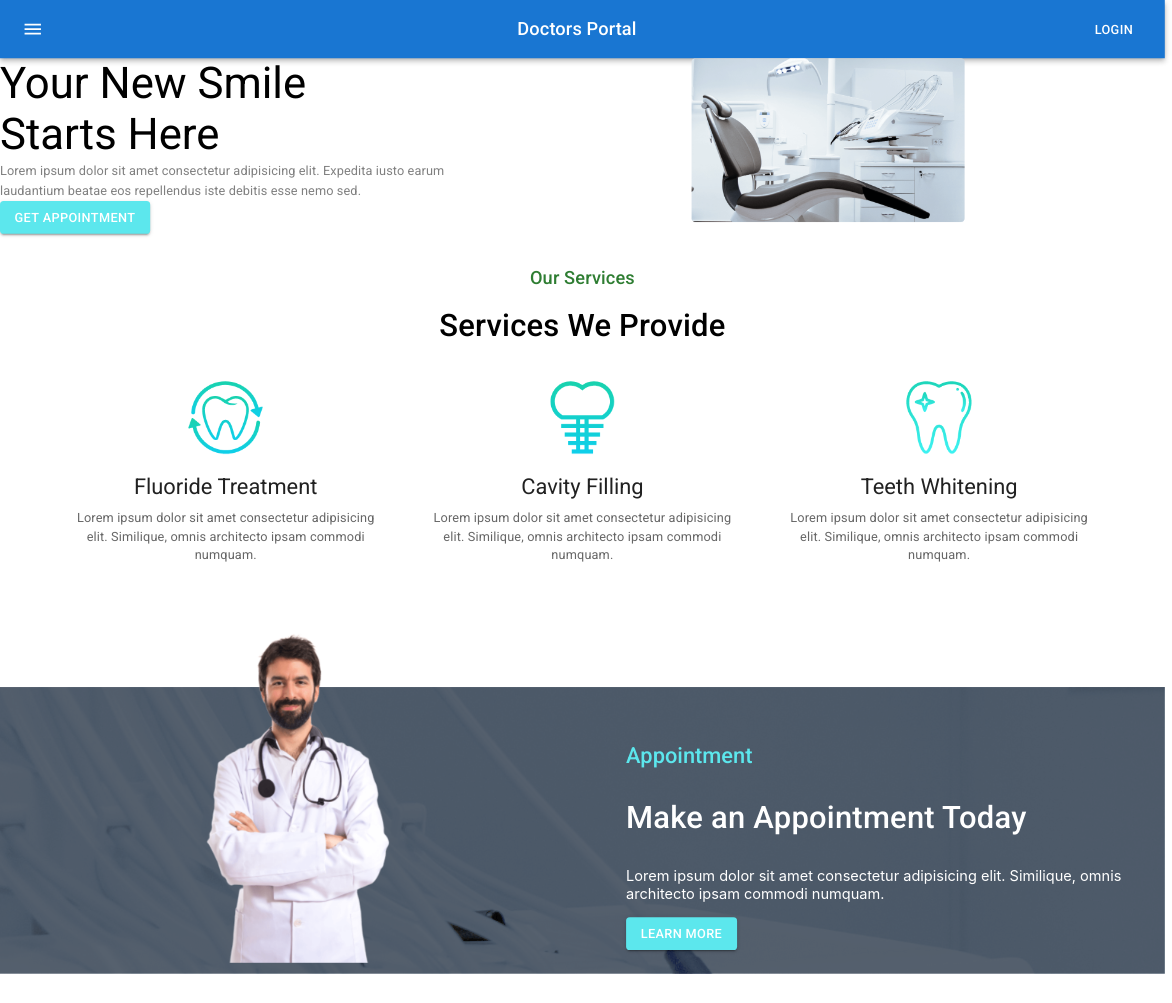
Repository: Sharif-00112/doctors-portal-client
Page: /
An editor plug-in stored every save of this project. The page is shown before and after the next save, followed by the edit.
The browser window is 1280 px wide. The page is 1288 px wide, so the pictures cover 1288 px, including what lies to the right of the window. The pictures show the whole page, at 91% of full size.
The project was rebuilt for these pictures with package versions that can differ from the ones it lists, and the page was loaded fresh each time.

Above is the page before, as saved 2022-11-01 17:21:39.

### public/index.html
<!DOCTYPE html>
<html lang="en">
  <head>
    <meta charset="utf-8" />
    <link rel="icon" href="%PUBLIC_URL%/favicon.ico" />
    <meta name="viewport" content="width=device-width, initial-scale=1" />
    <meta name="theme-color" content="#000000" />
    <meta
      name="description"
      content="Web site created using create-react-app"
    />
    <link
      rel="stylesheet" href="https://fonts.googleapis.com/css?family=Roboto:300,400,500,700&display=swap"
    />

    <link rel="apple-touch-icon" href="%PUBLIC_URL%/logo192.png" />
    <!--
      manifest.json provides metadata used when your web app is installed on a
      user's mobile device or desktop. See https://developers.google.com/web/fundamentals/web-app-manifest/
    -->
    <link rel="manifest" href="%PUBLIC_URL%/manifest.json" />
    <!--
      Notice the use of %PUBLIC_URL% in the tags above.
      It will be replaced with the URL of the `public` folder during the build.
      Only files inside the `public` folder can be referenced from the HTML.

      Unlike "/favicon.ico" or "favicon.ico", "%PUBLIC_URL%/favicon.ico" will
      work correctly both with client-side routing and a non-root public URL.
      Learn how to configure a non-root public URL by running `npm run build`.
    -->
    <title>React App</title>
  </head>
  <body>
    <noscript>You need to enable JavaScript to run this app.</noscript>
    <div id="root"></div>
    <!--
      This HTML file is a template.
      If you open it directly in the browser, you will see an empty page.

      You can add webfonts, meta tags, or analytics to this file.
      The build step will place the bundled scripts into the <body> tag.

      To begin the development, run `npm start` or `yarn start`.
      To create a production bundle, use `npm run build` or `yarn build`.
    -->
  </body>
</html>

### src/App.js
import './App.css';
import { BrowserRouter as Router, Route, Routes} from 'react-router-dom';
import Home from './Pages/Home/Home/Home';

function App() {
  return (
    <div className="App">
      <Router>
        {/* <Header></Header> */}
        <Routes>
          <Route exact path = '/' element={<Home/>}/>
          <Route exact path = '/home' element={<Home/>}/>
          <Route exact path = '*' element={<Home/>}/>
        </Routes>
        {/* <Footer></Footer> */}
      </Router>
    </div>
  );
}

export default App;

### src/Pages/Home/Home/Home.js
import React from 'react';
import Navigation from '../../Shared/Navigation/Navigation';
import AppointmentBanner from '../AppointmentBanner/AppointmentBanner';
import Banner from '../Banner/Banner';
import Services from '../Services/Services';

const Home = () => {
    return (
        <div>
            {/* <h2>This is Home</h2> */}
            <Navigation></Navigation>
            <Banner></Banner>
            <Services></Services>
            <AppointmentBanner></AppointmentBanner>
        </div>
    );
};

export default Home;

### src/Pages/Shared/Navigation/Navigation.js
import React from 'react';
import AppBar from '@mui/material/AppBar';
import Box from '@mui/material/Box';
import Toolbar from '@mui/material/Toolbar';
import Typography from '@mui/material/Typography';
import Button from '@mui/material/Button';
import IconButton from '@mui/material/IconButton';
import MenuIcon from '@mui/icons-material/Menu';

const Navigation = () => {
    return (
        <div>
            <Box sx={{ flexGrow: 1 }}>
                <AppBar position="static">
                    <Toolbar>
                        <IconButton
                            size="large"
                            edge="start"
                            color="inherit"
                            aria-label="menu"
                            sx={{ mr: 2 }}
                        >
                            <MenuIcon />
                        </IconButton>
                        <Typography variant="h6" component="div" sx={{ flexGrow: 1 }}>
                            Doctors Portal
                        </Typography>
                        <Button color="inherit">Login</Button>
                    </Toolbar>
                </AppBar>
            </Box>
        </div>
    );
};

export default Navigation;

### src/Pages/Home/AppointmentBanner/AppointmentBanner.js
import React from 'react';
import Box from '@mui/material/Box';
import Grid from '@mui/material/Unstable_Grid2';
import Typography from '@mui/material/Typography';

import doctor from '../../../images/images/doctor.png'
import bg from '../../../images/images/appointment-bg.png'
import { Button } from '@mui/material';

const appointmentBanner = {
    background: `url(${bg})`,
    marginTop: 100,
    backgroundColor: 'rgba(45, 58, 74, 0.8)',
    backgroundBlendMode: 'darken, luminosity'
}

const AppointmentBanner = () => {
    return (
        <div>
            <Box style={appointmentBanner} sx={{ flexGrow: 1, mb:5 }}>
                <Grid container spacing={2}>
                    <Grid xs={12} md={6}>
                        <img
                           style={{width: 400, marginTop: '-105px' }}
                        src={doctor} alt="" />
                    </Grid>

                    <Grid xs={12} md={6} sx={{
                        display: 'flex',
                        justifyContent: 'flex-start',
                        textAlign: 'left',
                        alignItems: 'center'
                        }}>
                        <Box sx={{pl: 5}}>
                            <Typography sx={{ mb: 2, mt: 4, fontWeight: 500 }} style={{color: '#5CE7ED'}} variant="h5" component="div">
                                Appointment
                            </Typography>
                            <Typography sx={{ mb: 2, mt: 4, fontWeight: 500 }} style={{color: 'white'}} variant="h4" component="div">
                                Make an Appointment Today
                            </Typography>
                            <Typography sx={{ mb: 2, mt: 4 }} style={{color: 'white'}} variant="" component="div">
                                Lorem ipsum dolor sit amet consectetur adipisicing elit. Similique, omnis architecto ipsam commodi numquam.
                            </Typography>
                            <Button variant="contained" style={{backgroundColor: '#5CE7ED'}}>Learn More</Button>
                        </Box>
                    </Grid>
                </Grid>
            </Box>
        </div>
    );
};

export default AppointmentBanner;

### src/Pages/Home/Banner/Banner.js
import React from 'react';
import Box from '@mui/material/Box';
import Grid from '@mui/material/Grid';
import Typography from '@mui/material/Typography';
import { Button } from '@mui/material';

import chair from '../../../images/images/chair.png'
import bg from '../../../images/images/bg.png'

const Banner = () => {
    return (
        <div>
            <Box sx={{ flexGrow: 1 }}>
            <Grid container spacing={2}>
                <Grid item style={{textAlign: 'left'}} xs={12} md={5}>
                    <Typography sx={{ }} style={{color: 'black'}} variant="h3" component="div">
                        Your New Smile <br />
                        Starts Here
                    </Typography>
                    <Typography sx={{ fontSize: 14, fontWeight: 400, color: 'gray'}} variant="h6" component="div">
                        Lorem ipsum dolor sit amet consectetur adipisicing elit. Expedita iusto earum laudantium beatae eos repellendus iste debitis esse nemo sed.
                    </Typography>
                    <Button variant="contained" style={{backgroundColor: '#5CE7ED'}}>Get Appointment</Button>
                </Grid>
                <Grid item xs={12} md={7}>
                    <img style={{ width: '300px'}} src={chair} alt="" />
                </Grid>
            </Grid>
        </Box>
        </div>
    );
};

export default Banner;

### src/Pages/Home/Services/Services.js
import React from 'react';
import Box from '@mui/material/Box';
import Grid from '@mui/material/Unstable_Grid2';
import Typography from '@mui/material/Typography';
import { Container } from '@mui/material';
import Service from '../Service/Service';

import fluoride from '../../../images/images/fluoride.png';
import cavity from '../../../images/images/cavity.png'
import whitening from '../../../images/images/whitening.png'

const services = [
    {
        name: 'Fluoride Treatment',
        description: 'Lorem ipsum dolor sit amet consectetur adipisicing elit. Similique, omnis architecto ipsam commodi numquam.',
        img: fluoride
    },
    {
        name: 'Cavity Filling',
        description: 'Lorem ipsum dolor sit amet consectetur adipisicing elit. Similique, omnis architecto ipsam commodi numquam.',
        img: cavity
    },
    {
        name: 'Teeth Whitening',
        description: 'Lorem ipsum dolor sit amet consectetur adipisicing elit. Similique, omnis architecto ipsam commodi numquam.',
        img: whitening
    }
]

const Services = () => {
    return (
        <div>
            <Box sx={{ flexGrow: 1 }}>
                <Container>
                    <Typography sx={{ mb: 2, mt: 4, fontWeight: 500, color: 'success.main' }} variant="h6" component="div">
                        Our Services
                    </Typography>
                    <Typography sx={{ mb: 3, fontWeight: 500 }} variant="h4" component="div">
                        Services We Provide
                    </Typography>

                    <Grid container spacing={{ xs: 2, md: 3 }} columns={{ xs: 4, sm: 8, md: 12 }}>
                        {
                            services.map(service => (
                                <Grid xs={2} sm={4} md={4} key={service.name}>
                                <Service
                                    key = {service.name}
                                    service = {service}
                                ></Service>
                            </Grid>
                            ))
                        }
                    </Grid>
                </Container>
            </Box>
        </div>
    );
};

export default Services;

### src/Pages/Home/Service/Service.js
import React from 'react';
import Card from '@mui/material/Card';
// import CardActions from '@mui/material/CardActions';
import CardContent from '@mui/material/CardContent';
// import Button from '@mui/material/Button';
import Typography from '@mui/material/Typography';
import CardMedia from '@mui/material/CardMedia';

const Service = (props) => {
    const {name, description, img} = props.service
    return (
        <div>
            <Card sx={{ minWidth: 275, border: 0, boxShadow: 0, mt: 1.5 }}>
                <CardMedia
                    component="img"
                    style={{width: 'auto', height: '80px', margin: '4px auto'}}
                    image={img}
                    alt={name}
                />
                <CardContent>
                    <Typography sx={{ mb: 1 }} variant="h5" component="div">
                        {name}
                    </Typography>
                    <Typography sx={{ mb: 1.5 }} variant="body2" color="text.secondary">
                        {description}
                    </Typography>
                </CardContent>
                {/* <CardActions>
                    <Button size="small">Learn More</Button>
                </CardActions> */}
            </Card>
        </div>
    );
};

export default Service;

Loaded but not shown: src/index.js (common file); src/index.css (common file); src/reportWebVitals.js (common file); src/App.css (common file)

After the next save:
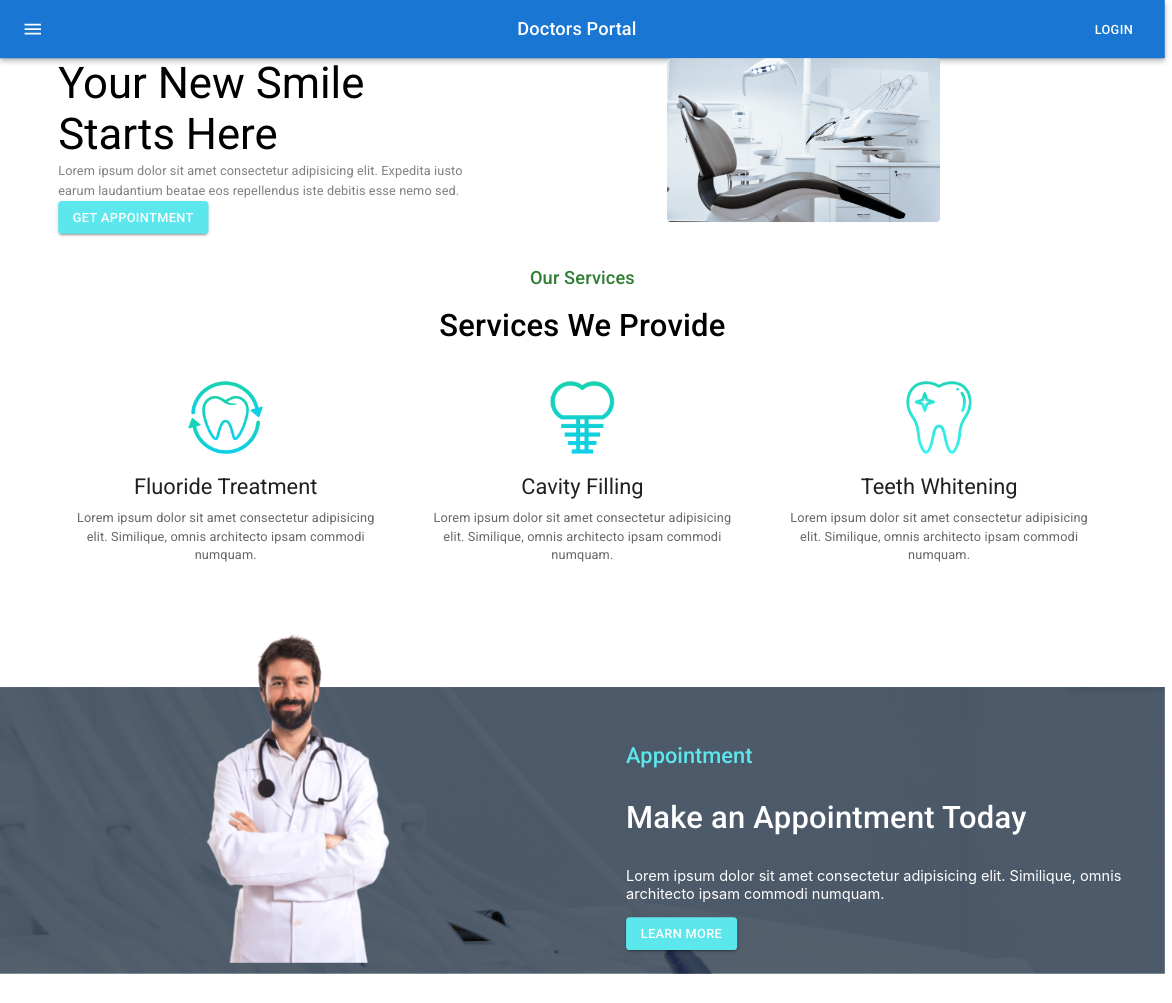
Saved 118 s later.
--- a/src/Pages/Home/Banner/Banner.js
+++ b/src/Pages/Home/Banner/Banner.js
@@ -2,7 +2,7 @@ import React from 'react';
 import Box from '@mui/material/Box';
 import Grid from '@mui/material/Grid';
 import Typography from '@mui/material/Typography';
-import { Button } from '@mui/material';
+import { Button, Container } from '@mui/material';
 
 import chair from '../../../images/images/chair.png'
 import bg from '../../../images/images/bg.png'
@@ -10,23 +10,23 @@ import bg from '../../../images/images/bg.png'
 const Banner = () => {
     return (
         <div>
-            <Box sx={{ flexGrow: 1 }}>
-            <Grid container spacing={2}>
-                <Grid item style={{textAlign: 'left'}} xs={12} md={5}>
-                    <Typography sx={{ }} style={{color: 'black'}} variant="h3" component="div">
-                        Your New Smile <br />
-                        Starts Here
-                    </Typography>
-                    <Typography sx={{ fontSize: 14, fontWeight: 400, color: 'gray'}} variant="h6" component="div">
-                        Lorem ipsum dolor sit amet consectetur adipisicing elit. Expedita iusto earum laudantium beatae eos repellendus iste debitis esse nemo sed.
-                    </Typography>
-                    <Button variant="contained" style={{backgroundColor: '#5CE7ED'}}>Get Appointment</Button>
+            <Container sx={{ flexGrow: 1 }}>
+                <Grid container spacing={2}>
+                    <Grid item style={{textAlign: 'left'}} xs={12} md={5}>
+                        <Typography sx={{ }} style={{color: 'black'}} variant="h3" component="div">
+                            Your New Smile <br />
+                            Starts Here
+                        </Typography>
+                        <Typography sx={{ fontSize: 14, fontWeight: 400, color: 'gray'}} variant="h6" component="div">
+                            Lorem ipsum dolor sit amet consectetur adipisicing elit. Expedita iusto earum laudantium beatae eos repellendus iste debitis esse nemo sed.
+                        </Typography>
+                        <Button variant="contained" style={{backgroundColor: '#5CE7ED'}}>Get Appointment</Button>
+                    </Grid>
+                    <Grid item xs={12} md={7}>
+                        <img style={{ width: '300px'}} src={chair} alt="" />
+                    </Grid>
                 </Grid>
-                <Grid item xs={12} md={7}>
-                    <img style={{ width: '300px'}} src={chair} alt="" />
-                </Grid>
-            </Grid>
-        </Box>
+            </Container>
         </div>
     );
 };
